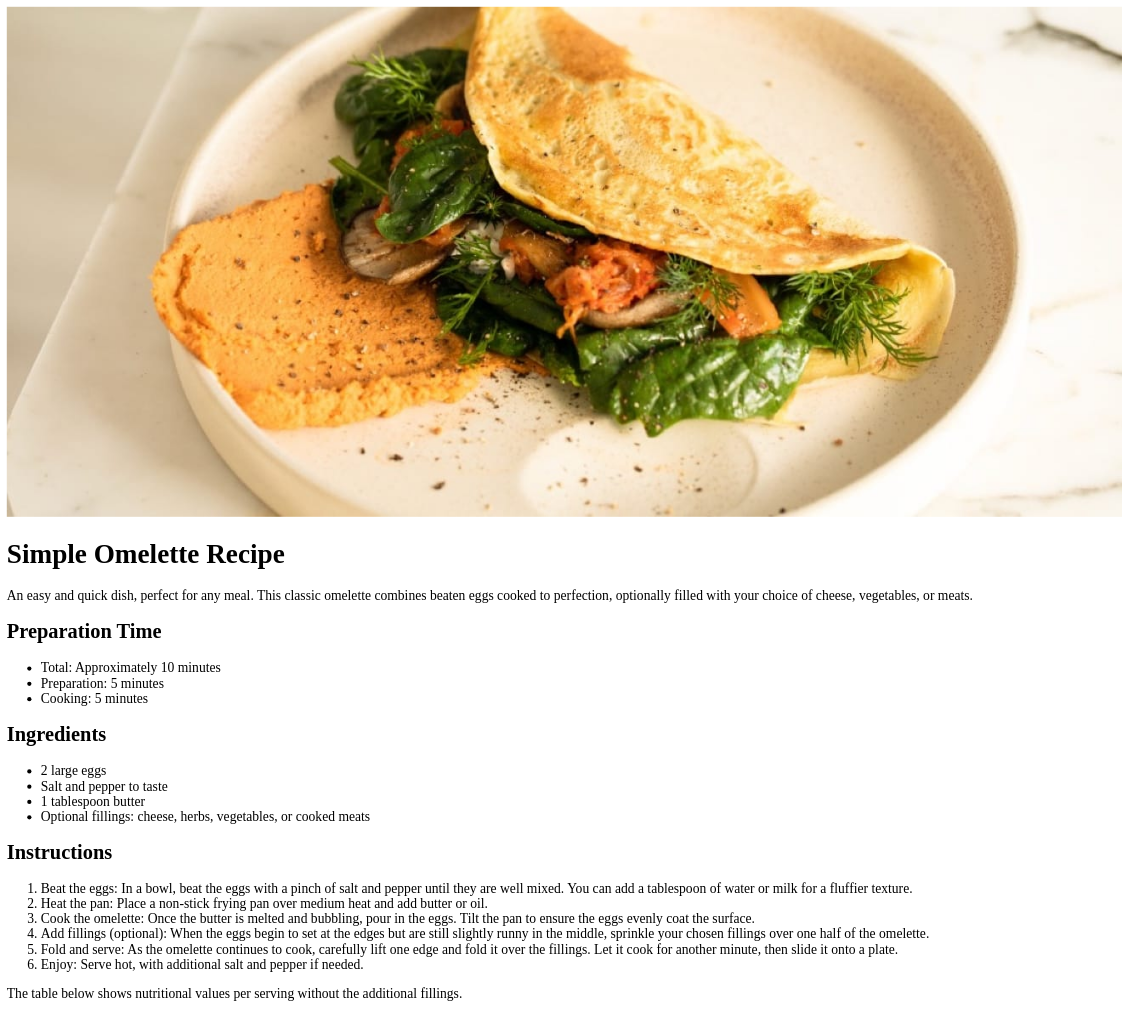
Repository: akbasliogulcan/omletterecipe
Page: index.html
These files come from the project's save history. The page is drawn as it stood at one moment and after the next save; the edit follows.
The browser window is 1280 px wide. The page is 1320 px wide, so the pictures cover 1320 px, including what lies to the right of the window. The pictures show the whole page, at 85% of full size.

Above is the page before, as saved 2025-07-20 17:21:22.

### index.html
<!DOCTYPE html>
<html lang="en">

<head>
  <meta charset="UTF-8">
  <meta name="viewport" content="width=device-width, initial-scale=1.0">
  <title>simple omelette recipe</title>
  <link rel="stylesheet" href="style.css">
</head>

<body>

  <div class="simple">
    <img src="./assets/images/image-omelette.jpeg" alt="omlette-icon">
    <h1> Simple Omelette Recipe</h1>
    <p>An easy and quick dish, perfect for any meal. This classic omelette combines beaten eggs cooked
      to perfection, optionally filled with your choice of cheese, vegetables, or meats.
    </p>

    <div class="preparation">
      <h2>Preparation Time</h2>
      <ul>
        <li> <span>Total: </span>Approximately 10 minutes
        </li>
        <li> <span>Preparation: </span>5 minutes</li>
        <li> <span>Cooking: </span>5 minutes</li>

      </ul>
    </div>

    <div class="ingredients">
      <h2>Ingredients</h2>
      <ul>
        <li>2 large eggs</li>
        <li>Salt and pepper to taste</li>
        <li>1 tablespoon butter</li>
        <li>Optional fillings: cheese, herbs, vegetables, or cooked meats</li>
      </ul>
    </div>

    <div class="instructions">
      <h2>Instructions</h2>
      <ol>
        <li><span>Beat the eggs: </span>In a bowl, beat the eggs with a pinch of salt and pepper until they are well
          mixed.
          You can add a tablespoon of water or milk for a fluffier texture.</li>
        <li><span>Heat the pan: </span>Place a non-stick frying pan over medium heat and add butter or oil.
        </li>
        <li>
          <span>Cook the omelette: </span>Once the butter is melted and bubbling, pour in the eggs. Tilt the pan to
          ensure
          the eggs evenly coat the surface.
        </li>
        <li>
          <span></span>Add fillings (optional): </span>When the eggs begin to set at the edges but are still slightly
          runny in the
          middle, sprinkle your chosen fillings over one half of the omelette.
        </li>
        <li>
          <span> Fold and serve:</span>
          As the omelette continues to cook, carefully lift one edge and fold it over the
          fillings. Let it cook for another minute, then slide it onto a plate.
        </li>
        <li><span> Enjoy:</span> Serve hot, with additional salt and pepper if needed.
        </li>
      </ol>
    </div>

    <div class="nutrition">
      <p> The table below shows nutritional values per serving without the additional fillings.
      </p>
    </div>

  </div>



</body>

</html>

Loaded but not shown: style.css (no stored copy; drawn as an empty file)

After the next save:
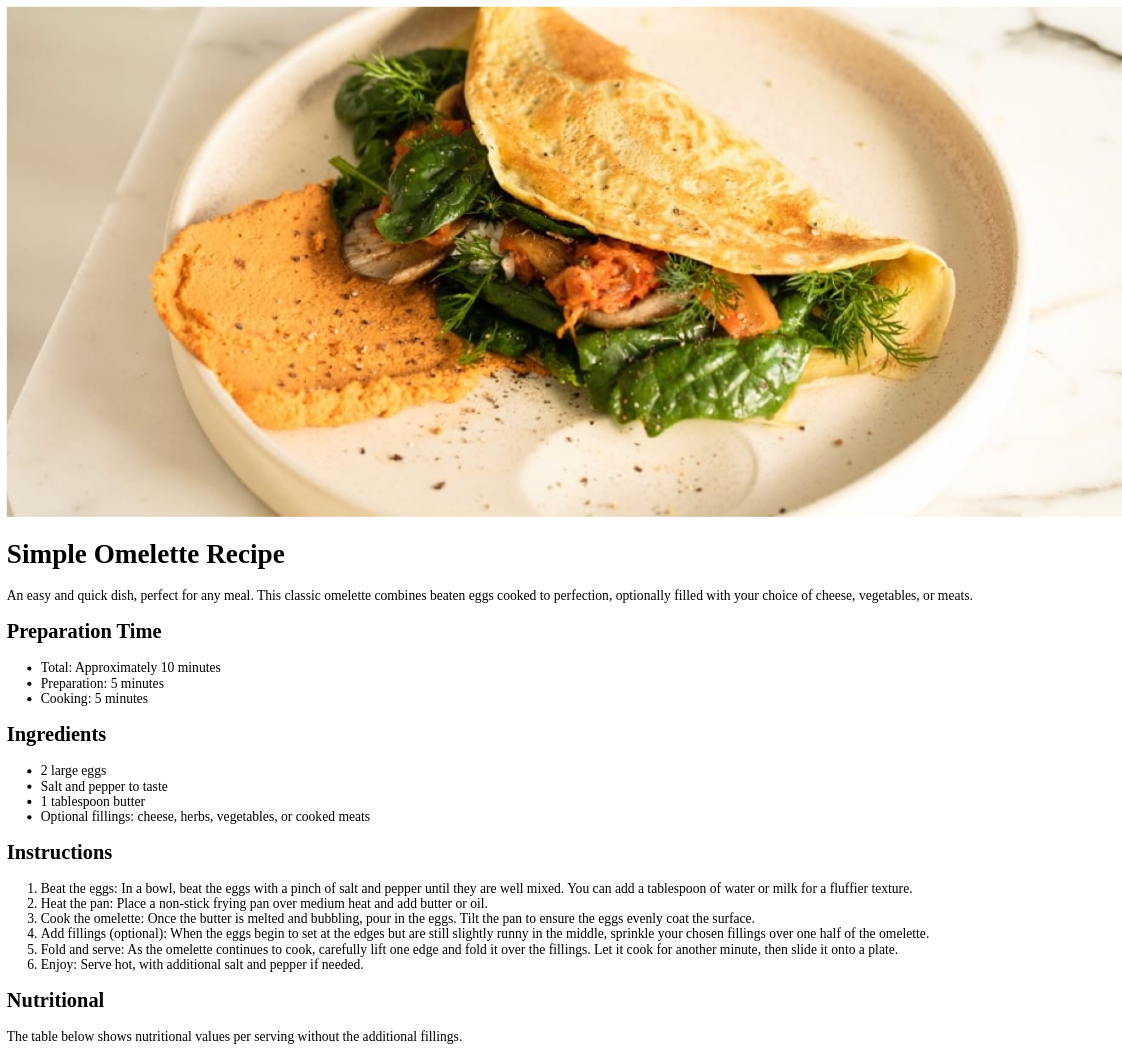
Saved 18 s later.
--- a/index.html
+++ b/index.html
@@ -67,6 +67,7 @@
     </div>
 
     <div class="nutrition">
+      <h2>Nutritional </h2>
       <p> The table below shows nutritional values per serving without the additional fillings.
       </p>
     </div>
